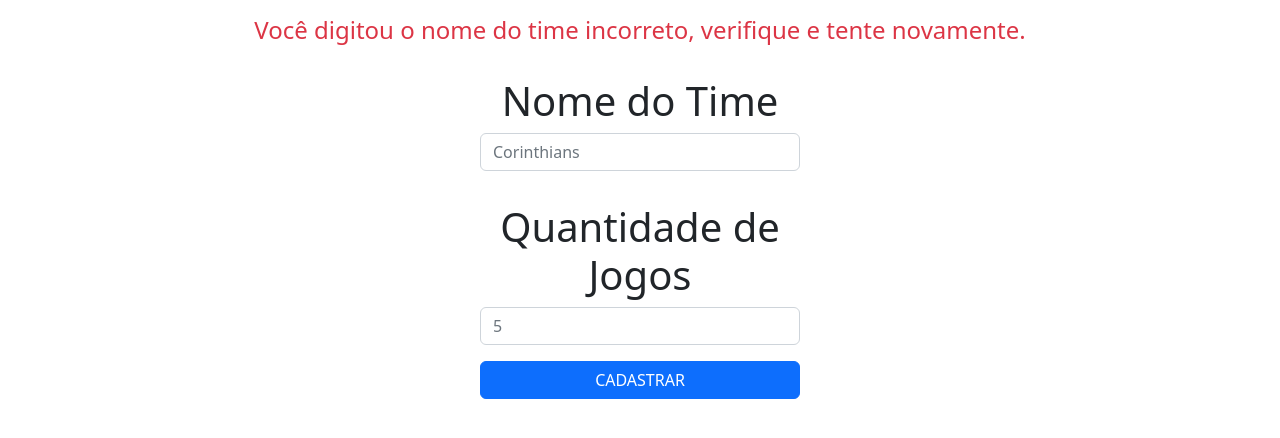
Repository: ricardodamaceno/Coeficiente-de-Variacao-de-Gols
Page: http://localhost/add-erro
These files come from the project's save history. The page is drawn as it stood at one moment and after the next save; the edit follows.
The browser window is 1280 px wide. The pictures show the whole page.
The page is this project's Thymeleaf template; nobody is signed in. The template is opened directly, without the code that normally fills it, so the values that code supplies are empty.

Above is the page before, as saved 2022-09-20 18:32:13.

### aposta-tozo/src/main/resources/templates/add-erro.html
<!DOCTYPE html>
<html xmlns:th="http://www.thymeleaf.org">
<head>
<meta name="viewport"
	content="width = device-width, initial-scale = 1, shrink-to-fit = no">
<!-- CSS only -->
<link
	href="https://cdn.jsdelivr.net/npm/bootstrap@5.2.1/dist/css/bootstrap.min.css"
	rel="stylesheet"
	integrity="sha384-iYQeCzEYFbKjA/T2uDLTpkwGzCiq6soy8tYaI1GyVh/UjpbCx/TYkiZhlZB6+fzT"
	crossorigin="anonymous">
<title>Apostas Esportivas</title>
</head>

<body>
<h4 class="mb-3 mt-3 text-center text-danger">Você digitou o nome do time incorreto, verifique e tente novamente.</h4>
<div class="col-md-3 rounded mx-auto d-block">
	<form method="post" action="/add">
		<div class="mb-3 text-center">
			<label for="exampleInputEmail1" class="form-label mt-3 h1">Nome do Time</label>
			<input type="text" placeholder="Corinthians" class="form-control" name="nomeTime">
		</div>
		<div class="mb-3 text-center">
			<label for="exampleInputEmail1" class="form-label mt-3 h1">Quantidade de Jogos</label>
			<input type="number" placeholder="5" class="form-control" name="jogosAnalisados">
		</div>
		<button type="submit" class="btn btn-primary rounded mx-auto d-block col-md-12">CADASTRAR</button>
	</form>
</div>
</body>
</html>

After the next save:
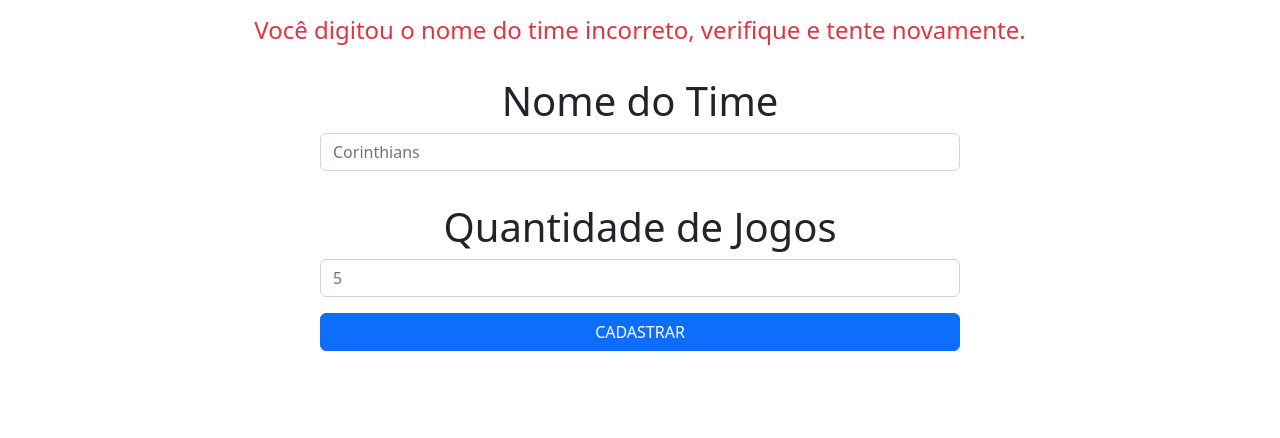
Saved 11 s later.
--- a/aposta-tozo/src/main/resources/templates/add-erro.html
+++ b/aposta-tozo/src/main/resources/templates/add-erro.html
@@ -14,7 +14,7 @@
 
 <body>
 <h4 class="mb-3 mt-3 text-center text-danger">Você digitou o nome do time incorreto, verifique e tente novamente.</h4>
-<div class="col-md-3 rounded mx-auto d-block">
+<div class="col-md-6 rounded mx-auto d-block">
 	<form method="post" action="/add">
 		<div class="mb-3 text-center">
 			<label for="exampleInputEmail1" class="form-label mt-3 h1">Nome do Time</label>
